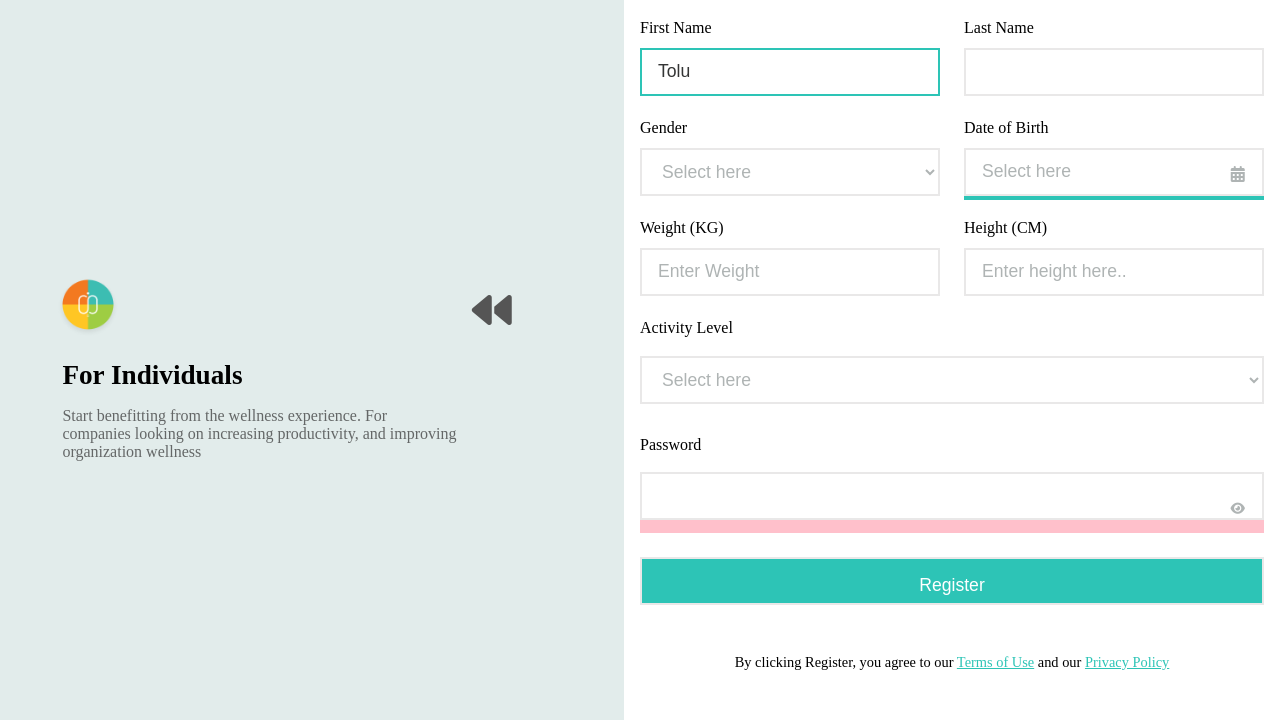
Repository: dark-txch/ass-1-6
Page: src/pages/individuals4.html
The author's editor kept a copy of each file at every save. The page is drawn from the files as they stood at one save, then again after a run of saves.
The browser window is 1280 px wide. The pictures show the whole page.
Pictures or frames that could not be fetched are drawn as grey boxes. Some web libraries are served in a nearby version.

Above is the page before, as saved 2024-11-29 16:13:29.

### src/pages/individuals4.html
<!DOCTYPE html>
<html lang="en">
	<head>
		<meta charset="UTF-8" />
		<meta name="viewport" content="width=device-width, initial-scale=1.0" />

		<!-- style link -- -->
		<link rel="stylesheet" href="../styles/individuals/individuals.css" />

		<!-- favicon -- -->
		<link
			rel="icon"
			href="/assets/C-Favicon/Dark-favicon_io/favicon.ico"
			type="image/x-icon"
		/>

		<!--  font awesome  -->
		<script
			src="https://kit.fontawesome.com/5a7bfc222a.js"
			crossorigin="anonymous"
		></script>

		<!--  Title  -->
		<title>For Individuals</title>
	</head>

	<body>
		<main>
			<!--  --------------------------------------section 1 container _icon/h1/p  -->
			<section id="section1-wrapper">
				<!--  header div  -->
				<div class="icon-section">
					<span>
						<img src="/assets/individuals/Logo.png" alt="individuals" />
					</span>
					<span>
						<a href="/index.html">
							<i class="fa-solid fa-backward"></i>
						</a>
					</span>
				</div>

				<!--  h1 nd paragraph tag  -->
				<div id="h1p-wrapper">
					<h1>For Individuals</h1>
					<p class="mobile-p">
						Inspiring wholesome harmony for the mind, body and spirit, for
						everyone, everywhere.
					</p>
					<p class="other-p">
						Start benefitting from the wellness experience. For <br />companies
						looking on increasing productivity, and improving <br />organization
						wellness
					</p>
				</div>
			</section>

			<!--  --------------------------------------section 2 container _form wrapper  -->
			<section id="form-wrapper">
				<form>
					<div class="form-couple-twins">
						<div id="form-couple-input">
							<label for="first-name">First Name</label>
							<input
								type="text"
								name="first name"
								id="first-name"
								placeholder="Tolu"
							/>
						</div>
						<div id="form-couple-input">
							<label for="last-name">Last Name</label>
							<input type="text" name="last name" id="last-name" />
						</div>
						<div id="form-couple-select">
							<label for="gender">Gender</label>
							<select name="gender" id="gender" required>
								<option value="" disabled selected>Select here</option>
								<option value="">Male</option>
								<option value="">Woman</option>
								<option value="">Other</option>
							</select>
						</div>
						<div id="form-couple-select">
							<label for="date of birth">Date of Birth</label>
							<div class="date-text">
								<input
									type="text"
									name="date of birth"
									id=""
									placeholder="Select here"
								/>
								<span>
									<i class="fa-solid fa-calendar-days"></i>
								</span>
							</div>
						</div>
						<div id="form-couple-input">
							<label for="weight (kg)">Weight (KG)</label>
							<input
								type="text"
								name="enter weight"
								id=""
								placeholder="Enter Weight"
							/>
						</div>
						<div id="form-couple-input">
							<label for="weight (cm)">Height (CM)</label>
							<input
								type="text"
								name="weight"
								id=""
								placeholder="Enter height here&#46;&#46;"
							/>
						</div>
					</div>

					<div id="form-couple-select">
						<label for="activity level">Activity Level</label>
						<select name="activity level" id="">
							<option value="" disabled selected>Select here</option>
							<option value="">Often</option>
							<option value="">Sometimes</option>
							<option value="">On happy days</option>
							<option value="">On sad days</option>
							<option value="">Never</option>
						</select>
					</div>
					<div id="form-couple-input">
						<label for="password">Password</label>
						<div class="input-eye">
							<input type="password" name="password" id="" />
							<span>
								<i class="fa-solid fa-eye"></i>
							</span>
						</div>
					</div>
					<div class="register-btn">
						<input
							type="button"
							name="register"
							id="register"
							value="Register"
						/>
					</div>
					<!--  ----------------footer for mobile  -->
					<footer class="other-footer">
						<p>
							By clicking Register, you agree to our
							<span><a href="">Terms of Use</a></span> and our
							<span><a href="">Privacy Policy</a></span>
						</p>
					</footer>
				</form>
			</section>

			<!--  ----------------footer for mobile  -->
			<footer class="mobile-footer">
				<p>
					By clicking Register, you agree to our
					<span><a href="">Terms of Use</a></span> and our
					<span><a href="">Privacy Policy</a></span>
				</p>
			</footer>
		</main>
	</body>
</html>

### src/styles/individuals/individuals.css
/* -- general base css START -- */

:root {
	--base: 1.35;
}

/*  */
html,
body {
	font-size: 1rem;
	min-height: 100%;
	min-width: 100%;
}

/*  asterics  */
* {
	padding: 0;
	margin: 0;
	border: 0;
	outline: none;
	box-sizing: border-box;
}
/* -- general base css END -- */

/* -- -------------This project starts with a mobile workflow -- */

/*  main container  */

main {
	background-color: #e2eceb;
	min-height: 100vh;
	min-width: 100vw;
	padding: 0 1rem 2rem;
	/*  */
	@media screen and (min-width: 1001px) {
		display: flex;
		flex-direction: row;
		min-height: 100vh;

		padding: 0;
	}

	/*  ------------------------------------section 1 container _icon/h1/p */
	#section1-wrapper {
		/*   */
		@media screen and (min-width: 1001px) {
			min-height: 100vh;
			width: 50%;
			display: flex;
			flex: 1;
			flex-direction: column;
			justify-content: center;
			align-items: center;
		}

		/*  icon div section  */
		/*  */
		.icon-section {
			display: flex;
			justify-content: space-between;
			align-items: center;
			padding: 1rem 0;
			/*  */
			@media screen and (min-width: 1001px) {
				width: 82%;
			}

			/*  */
			& span {
				/*  */
				& img {
					width: 3.5rem;
					aspect-ratio: 1;
					/*  */
					@media screen and (min-width: 1001px) {
						width: 4rem;
					}
				}
			}

			/*  */
			.fa-backward {
				font-size: 2.5rem;
				color: #555555;
				cursor: pointer;
				/*  */
				@media screen and (min-width: 1001px) {
					padding-right: 3.5rem;
				}
			}
		}

		/*  h1 and paragraph div  */
		#h1p-wrapper {
			/*  */
			@media screen and (min-width: 1001px) {
				width: 80%;
			}

			/*  */
			& h1 {
				font-size: 1.7rem;
				font-weight: 600;
				padding-bottom: 1rem;
			}

			/*  */
			.mobile-p {
				line-height: 1.4rem;
				padding-bottom: 1rem;
				color: #646767;
				/*  */
				@media screen and (min-width: 1001px) {
					display: none;
				}
			}

			/*  */
			.other-p {
				display: none;
				/*  */
				@media screen and (min-width: 1001px) {
					display: block;
					color: #646767;
				}
			}
		}
	}

	/*  ---------------------------------------------section 2 _form wrapper */
	/*  form wrapper  */
	#form-wrapper {
		background-color: white;
		padding: 0 1rem;

		/*  */
		@media screen and (min-width: 1001px) {
			height: 100vh;
			width: 50%;

			flex: 1;
		}

		/*  form  */
		& form {
			display: grid;

			/*  */
			@media screen and (min-width: 1001px) {
				height: 100vh;

				width: 100%;
				/*  */
				.form-couple-twins {
					display: grid;
					grid-template-columns: 1fr 1fr;
					column-gap: 1.5rem;
				}
			}

			/*  */
			#form-couple-input,
			#form-couple-select {
				display: grid;
			}

			/*  */
			& label {
				padding: 1.2rem 0 0.4rem;
			}

			/*  */
			& input {
				width: 100%;
				height: 3rem;
				font-size: 1.1rem;
				padding-left: 1rem;
				border: 2px solid rgb(233, 232, 232);
				/*  */
				&::placeholder {
					font-size: 1.1rem;
					color: #afb4b4;
				}

				/*  */
				&:focus {
					border: 2px solid #2dc4b6;
				}
			}

			/*  */
			#first-name {
				border: 2px solid #2dc4b6;

				/*  */
				&::placeholder {
					color: #343535;
				}
			}

			/*  */
			& select {
				width: 100%;
				height: 3rem;
				font-size: 1.1rem;
				padding-left: 1rem;
				border: 2px solid rgb(233, 232, 232);
				background-color: white;
				color: #afb4b4;
			}

			/*  */
			.date-text {
				position: relative;
				background-color: #2dc4b6;

				/*  */
				& input {
					width: 100%;
					padding-right: 2.8rem;
				}

				/*  */
				.fa-calendar-days {
					position: absolute;
					right: 1.2rem;
					bottom: 1.1rem;
					color: #afb4b4;
				}
			}

			/*  */
			#form-couple-input {
				.input-eye {
					position: relative;
					background-color: pink;
					width: 100%;

					/*  */
					& input {
						width: 100%;
						padding-right: 2.8rem;
					}

					/*  */
					.fa-eye {
						position: absolute;
						right: 1.2rem;
						bottom: 1.1rem;
						color: #afb4b4;
						font-size: 0.8rem;
					}
				}
			}

			.register-btn {
				/*  */
				#register {
					background-color: #2dc4b6;
					color: white;
					width: 100%;
					margin: 1.5rem 0;
					padding: 1rem 0;
					cursor: pointer;
				}
			}
		}
	}

	/*  */
	& footer {
		text-align: center;
		font-size: 0.9rem;
		font-weight: 500;

		/*  */
		& span > a {
			color: #2dc4b6;
		}
	}

	/*  */
	.mobile-footer {
		padding: 1.5rem 0;
		/*  */
		@media screen and (min-width: 1001px) {
			display: none;
		}
	}

	/*  */
	.other-footer {
		display: none;
		/*  */
		@media screen and (min-width: 1001px) {
			display: block;
			padding-bottom: 1.5rem;
		}
	}
}

After the next 2 saves:
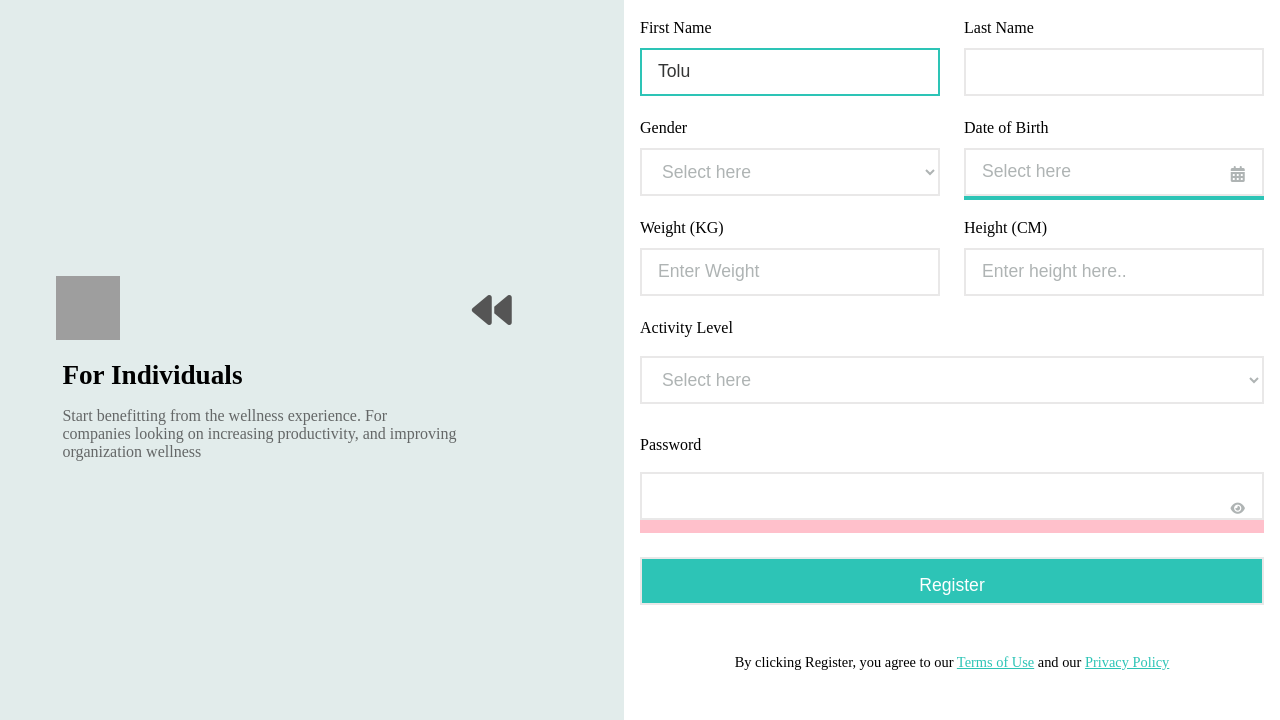
The 2 saves are shown as one change because they came seconds apart.
The last was saved 89 s later.
--- a/src/pages/individuals4.html
+++ b/src/pages/individuals4.html
@@ -31,7 +31,7 @@
 				<!--  header div  -->
 				<div class="icon-section">
 					<span>
-						<img src="/assets/individuals/Logo.png" alt="individuals" />
+						<img src="../" alt="individuals" />
 					</span>
 					<span>
 						<a href="/index.html">

After the 4 saves that followed:
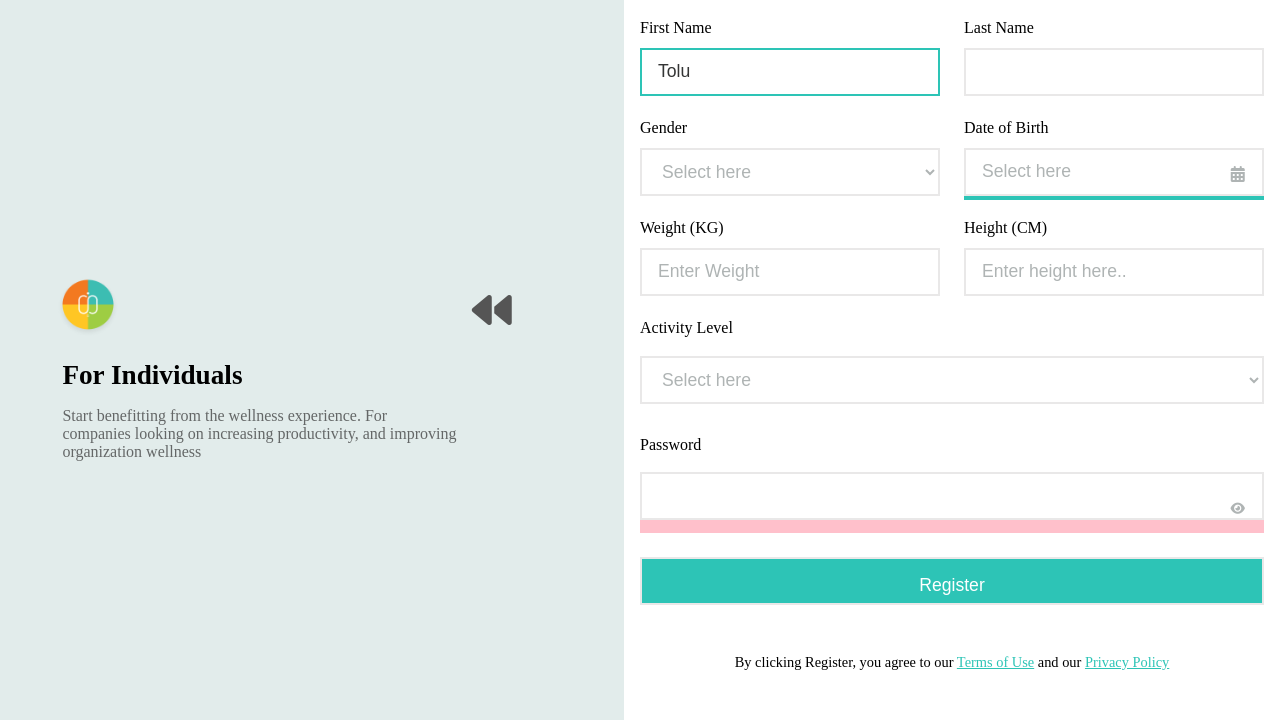
The 4 saves are shown as one change because 1 left the picture as it was and some came seconds apart.
The last was saved 13 s later.
--- a/src/pages/individuals4.html
+++ b/src/pages/individuals4.html
@@ -31,7 +31,7 @@
 				<!--  header div  -->
 				<div class="icon-section">
 					<span>
-						<img src="../" alt="individuals" />
+						<img src="../assets/individuals/Logo.png" alt="individuals" />
 					</span>
 					<span>
 						<a href="/index.html">
